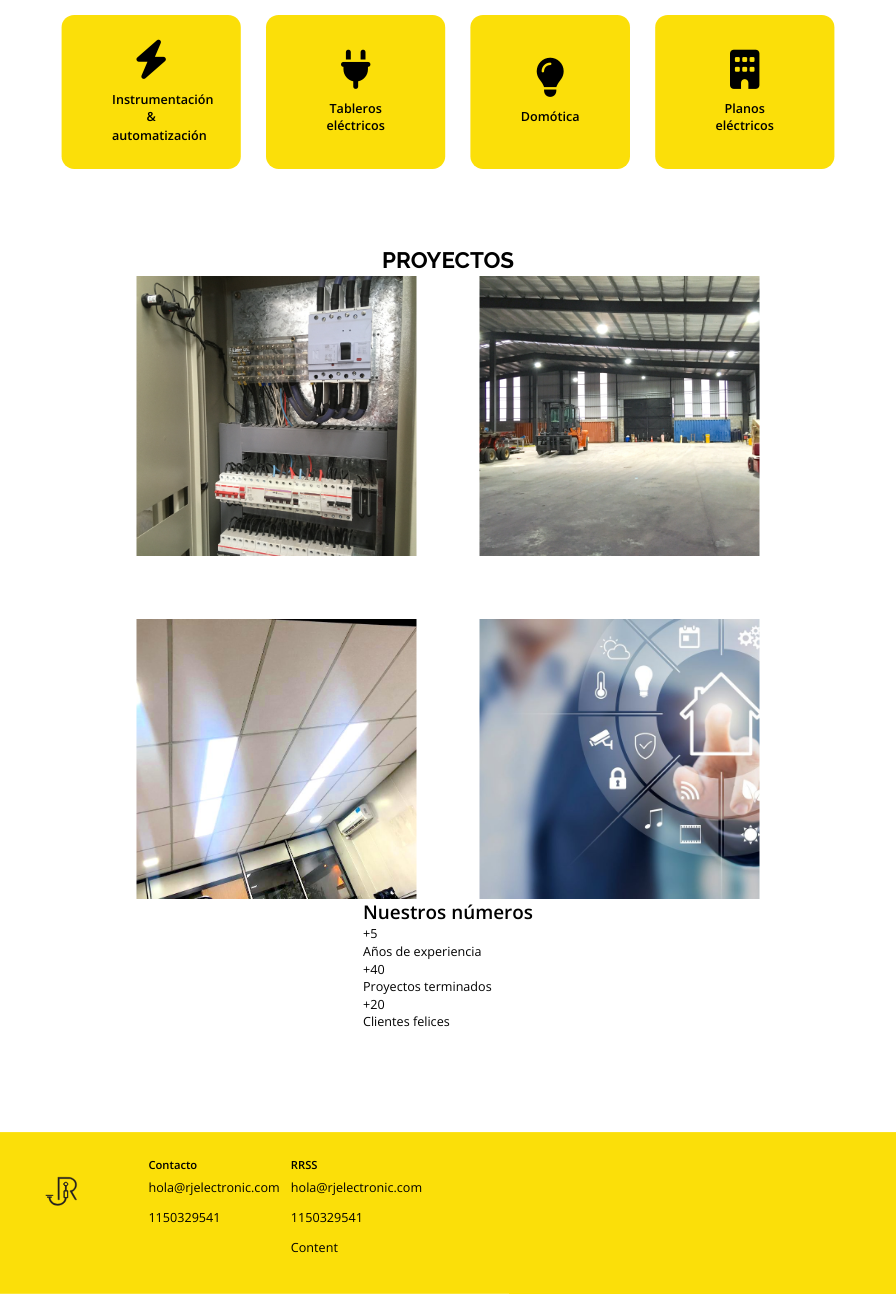
Repository: jeraldinnemg/rjelectronics
Page: index.html
The author's editor kept a copy of each file at every save. The page is drawn from the files as they stood at one save, then again after the next save.
The browser window is 1280 px wide. The pictures show the part of the page from y = 796 to 2716 px (the page is 2644 px tall before and 2716 px after), at 70% of full size.
Some web libraries are served in a nearby version.

Above is the page before, as saved 2022-07-27 17:37:43.

### index.html
<!DOCTYPE html>
<html lang="en">
<head>
    <meta charset="UTF-8">
    <meta http-equiv="X-UA-Compatible" content="IE=edge">
    <meta name="viewport" content="width=device-width, initial-scale=1.0">
    <link rel="shortcut icon" href="favicon.ico" type="image/x-icon">
    <!-- Google fonts -->
    <link rel="preconnect" href="https://fonts.googleapis.com">
    <link rel="preconnect" href="https://fonts.gstatic.com" crossorigin>
<link href="https://fonts.googleapis.com/css2?family=Open+Sans:wght@300;400;500;600&family=Raleway:wght@300;400;500;600;700;800&display=swap" rel="stylesheet">
<link rel="stylesheet" href="https://cdnjs.cloudflare.com/ajax/libs/font-awesome/6.1.1/css/all.min.css" integrity="sha512-KfkfwYDsLkIlwQp6LFnl8zNdLGxu9YAA1QvwINks4PhcElQSvqcyVLLD9aMhXd13uQjoXtEKNosOWaZqXgel0g==" crossorigin="anonymous" referrerpolicy="no-referrer" />
    <!-- Custom system -->
    <link rel="stylesheet" href="index.css">
    <script src="https://kit.fontawesome.com/05b8218d7f.js" crossorigin="anonymous"></script>


    <script src="navigation.js" defer></script>
    <script src="tabs.js" defer></script>

    <title>RJ Electronics</title>
</head>
<body>
    <header class="primary-header flex">
            <a href="#">
                <img class="logo" width="50px" height="50px"src="/img/logo.svg" alt="">
            </a>
            <button class="mobile-nav-toggle" aria-controls="primary-navigation"><span class="sr-only" aria-expanded="false">Menu</span></button>
            <nav >
                <ul class="primary-navigation flex" data-visible="false">
                    <li><a href="#" class="uppercase text-dark ff-serif">Acerca de</a></li>
                    <li><a href="#" class="uppercase text-dark ff-serif">Servicios</a></li>
                    <li><a href="#" class="uppercase text-dark ff-serif">Proyectos</a></li>
                    <li><a href="#" class="uppercase text-dark ff-serif">Contacto</a></li>
                </ul>
            </nav>
    </header>

    <main class="grid-container grid-container--home">
        <section class="hero">
            <div class="container flex">
                <!-- CTA-1 -->
                <article class="" id="lampara-tab" role="tabpanel" tabindex="0">
                    <h1 class="ff-serif fs-700">Ofrecemos Soluciones Electrónicas Integrales para tu hogar</h1>
                    <p class="ff-sans fs-400">Diseñamos y construimos una solución para cualquier necesidad, falla o problema electrónico industrial, comercial o residencial.</p>
                    <a href="#" class="button"><span>Me interesa</span></a>
                </article>
                <!-- CTA-2 -->
                <article hidden class="" id="destornillador-tab" role="tabpanel" tabindex="0">
                    <h2 class="ff-serif fs-700">Creamos espacios luminosos a tu medida</h2>
                    <p class="ff-sans fs-400">Nos encargamos de calcular los lumens necesarios para que obtengas un espacio con luz de calidad.</p>
                    <a href="#" class="button"><span>Ver más</span></a>
                </article>
                <!-- CTA-3 -->
                <article hidden class="" id="interruptor-tab" role="tabpanel" tabindex="0">
                    <h2 class="ff-serif fs-700">Creamos ambientes inteligentes</h2>
                    <p class="ff-sans fs-400">Nos encargamos de automatizar espacios y lugares de manera fácil y rápida.</p>
                    <a href="#" class="button"><span>Me interesa</span></a>
                </article>
                <picture class= "hero__image" id="lampara-image">
                    <img src="/img/lampara.png" alt="lampara" >
                </picture>
                <picture class= "hero__image" hidden id="destornillador-image">
                    <img src="/img/destornillador.png" alt="destornillador">
                </picture>
                <picture class= "hero__image" hidden id="interruptor-image">
                    <img src="/img/interruptor.png" alt="interruptor">
                </picture>
            </div>
            <!-- Dots -->
            <div class="dot-indicators flex" role="tablist" aria-label="services list">
                <button aria-selected="true" aria-controls="lampara-tab" data-image="lampara-image" role="tab" tabindex="0"><span class="sr-only">Lampara</span></button>
                <button aria-selected="false" aria-controls="destornillador-tab" data-image="destornillador-image" role="tab" tabindex="-1"><span class="sr-only">destornillador</span></button>
                <button aria-selected="false" aria-controls="interruptor-tab" data-image="interruptor-image" role="tab" tabindex="-1"><span class="sr-only">Interruptor</span></button>
            </div>
        </section>

        <section class="services">
            <h2 class="ff-serif fs-600 uppercase">Servicios</h2>
            <div class="container">
                <article class="card flex">
                    <i class="fa-solid fa-bolt fs-700"></i>
                    <div class="card-body">
                        <h2 class="card-title fs-400">Instrumentación & automatización</h2>

                    </div>
                </article>
                <article class="card flex">
                    <i class="fa-solid fa-plug fs-700 "></i>
                    <div class="card-body">
                        <h2 class="card-title fs-400">Tableros eléctricos</h2>

                    </div>
                </article>
                <article class="card flex">
                    <i class="fa-solid fa-lightbulb fs-700"></i>
                    <div class="card-body">
                        <h2 class="card-title fs-400">Domótica</h2>

                    </div>
                </article>
                <article class="card flex">
                    <i class="fa-solid fa-building  fs-700"></i>
                    <div class="card-body">
                        <h2 class="card-title fs-400">Planos eléctricos</h2>

                    </div>
                </article>
        </div>
        </section>
        <section class="projects">
            <h2 class="ff-serif fs-600 uppercase">Proyectos</h2>
            <div class="projects-container grid">
                <article class="project" style="background-image: url('/img/servicio-electricidad.JPG')">
                    <div class="project-overlay">
                    <h2 class="overlay-text fs-500 uppercase" >Tablero eléctrico</h2>
                    </div>
                    <!-- <p>Diseñamos y construimos tableros electrónicos a tu medida.</p> -->
                </article>
                <article class="project" style="background-image: url('/img/trabajos-iluminacion-galpon.JPG')">
                    <div class="project-overlay">
                        <h2 class="overlay-text fs-500 uppercase">Iluminación industrial</h2>
                    </div>
                    <!-- <p>Instalamos luminaria e iluminación en galpones industriales.</p> -->
                </article>
                <article class="project" style="background-image: url('/img/iluminacion-oficinas.jpeg') ">
                    <div class="project-overlay">
                        <h2 class="overlay-text fs-500 uppercase">Iluminación de oficina</h2>
                    </div>
                    <!-- <p>Iluminamos espacios corporativos y residenciales.</p> -->
                </article>
                <article class="project" style="background-image: url('/img/servicios-domotica.jpg') ">
                    <div class="project-overlay">
                        <h2 class="overlay-text fs-500 uppercase">Domótica en casa</h2>
                    </div>
                    <!-- <p>Realizamos mantenimiento y reparación de equipos industriales, comerciales y residenciales.</p> -->
                </article>
        </div>
        </section>
        <section>
            <h2>Nuestros números</h2>
            <div class="container"></div>
            <div>
                <span>+5</span>
                <p>Años de experiencia</p>
            </div>
            <div>
                <span>+40</span>
                <p>Proyectos terminados</p>
            </div>
            <div>
                <span>+20</span>
                <p>Clientes felices</p>
            </div>
        </section>

    </main>


    <footer class="flex">
        <a href="#">
            <img class="logo" width="50px" height="50px"src="/img/logo.svg" alt="">
        </a>
        <div class="col">
            <h3>Contacto</h3>
                <p>hola@rjelectronic.com</p>
                <p>1150329541</p>
        </div>
        <div class="col">
            <h3>RRSS</h3>
                <p>hola@rjelectronic.com</p>
                <p>1150329541</p>
                <p>Content</p>
        </div>
    </footer>

</body>
</html>

### index.css
/* ----------------------- */
/* --Custom properties---- */
/* ----------------------- */

:root {
   /*colors*/
   --clr-dark: 0 0% 0%;
   --clr-main: 53 97% 51%;
   --clr-secondary: 25 100% 52%;
   --clr-white: 0 0% 100%;


/*font-sizes*/
--fs-1000: 9.375rem; /*150x*/
--fs-900: 6.25rem; /*100px*/
--fs-800: 4.5rem; /*72px*/
--fs-700: 3.5rem; /*56px*/
--fs-600: 2rem; /*32px*/
--fs-500: 1.75rem; /*28px*/
--fs-400: 1.125rem; /*18px*/
--fs-300: 1rem; /*16px*/
--fs-200: 0.875rem; /*14px*/

/*font-family*/
--ff-serif: "Raleway", serif;
--ff-sans: "Open sans", sans-serif;


}

.uppercase {
    text-transform: uppercase;
}

/* -------------- */
/* -----RESET---- */
/* -------------- */

*,
*::before,
*::after {
    box-sizing: border-box;
}

/* Reset margins */
h1,
h2,
h3,
h4,
h5,
body,
p,
picture,
figure {
    margin:0;
}

/* Set up the body  */

body {
    font-family: var(--ff-sans);
    font-size: var(--fs-400);
    color:hsl(var(--clr-dark));
    line-height: 1.4;
    min-height: 100vh;

    display: grid;
    grid-template-rows: min-content 1fr;

    overflow-x:hidden;
}

/* Make images easier to work */
img,
picture {
    max-width: 100%;
}

/* Make form elements easier to work*/
input,
select,
button,
textarea {
    font: inherit;
}

/* Remove all animations, transitions and smooth scroll for people that prefer not to see them (Accesibility Recourse piccali.li*/
@media (prefers-reduced-motion: reduce) {
    html:focus-within {
     scroll-behavior: auto;
    }

    *,
    *::before,
    *::after {
      animation-duration: 0.01ms !important;
      animation-iteration-count: 1 !important;
      transition-duration: 0.01ms !important;
      scroll-behavior: auto !important;
    }
  }

/* ------------------ */
/* -UTILITY CLASES-- */
/* ----------------- */

.flex {
    display: flex;
    gap: var(--gap, 1rem);
}

.grid {
    display: grid;
    gap: var(--gap, 1rem);
}

.container {
    padding-inline: 1em;
    margin-inline: auto;
    max-width: 80rem;

    display: flex;
    flex-direction: column;
}

.dot-indicators{
    justify-content: center;
}

.hero{
    margin-top: 2em;
}


.sr-only {
    position: absolute;
    width: 1px;
    height: 1px;
    padding: 0;
    margin: -1px;
    overflow: hidden;
    clip: rect (0,0,0,0);
    white-space: nowrap; /*added line*/
    border: 0;
}

/*Colors */

.bg-dark { background-color: hsl(var(--clr-dark));}
.bg-yellow {background-color: hsl(var(--clr-yellow));}
.bg-white { background-color: hsl(var(--clr-white));}

.text-dark { color: hsl(var(--clr-dark));}
.text-dark { color: hsl(var(--clr-dark));}
.text-dark { color: hsl(var(--clr-dark));}

/*Typography */

.ff-serif {font-family: var(--ff-serif);}
.ff-sans {font-family: var(--ff-sans);}

.letter-spacing-1  {letter-spacing: 4.75px;}
.letter-spacing-2  {letter-spacing: 2.7px;}
.letter-spacing-1  {letter-spacing: 2.35px;}

.fs-900 {font-size: var(--fs-900);}
.fs-800 {font-size: var(--fs-800);}
.fs-700 {font-size: var(--fs-700);}
.fs-600 {font-size: var(--fs-600);}
.fs-500 {font-size: var(--fs-500);}
.fs-400 {font-size: var(--fs-400);}
.fs-300 {font-size: var(--fs-300);}
.fs-200 {font-size: var(--fs-200);}

.fw-400 {font-weight: 400;}
.fw-500 {font-weight: 500;}

/* --------------- */
/* Utility classes */
/* --------------- */

/* General */

.flex {
    display: flex;
    gap: var(--gap, 1rem);
}

.flex.even-columns > * {
    width: 100%;
}

.grid {
    display: grid;
    gap: var(--gap, 1rem);
}

.d-block {
    display: block;
}

/* ----------------- */
/* ---COMPONENT----- */
/* ----------------- */

/* Primary header */

.logo{
    margin: 1.5rem clamp(1.5rem, 5vw, 4rem);
}

.primary-header{
    align-items:center;
    justify-content: space-between;
    background-color: hsl(var(--clr-main));
}

.primary-navigation{
    --gap: clamp(1.5rem, 5vw, 3.5rem);
    list-style: none;
    text-decoration: none;
    padding: 0;
    margin:0;
}

.primary-navigation a, footer a{
    text-decoration: none;
    margin-right: 1em;
}

.mobile-nav-toggle{
    display: none;
}

@media(max-width:35em){
    .primary-navigation{
        --underline-gap: 0.5rem;
        position: fixed;
        inset: 0 0 0 20%;
        z-index:1000;
        padding: min(20rem, 15vh);
        margin:0;
        z-index:1000;
        list-style: none;
        flex-direction: column;
        background-color: hsl(var(--clr-main));
        transform: translateX(100%);
        transition: transform ease-in-out;

    }

    .primary-navigation[data-visible='true']{
        transform: translateX(0);
    }

    .mobile-nav-toggle {
        display: block;
        position: absolute;
        z-index:2000;
        right: 2rem;
        top: 2rem;
        background: transparent;
        background-image: url(/img/icon-hamburger.svg);
        background-repeat:no-repeat;
        background-position: center;
        width: 1.5rem;
        aspect-ratio:1;
        border: 0;
        cursor: pointer;
    }

    .mobile-nav-toggle[aria-expanded='true']{
        background-image: url(/img/icon-close.svg);
    }

    .mobile-nav-toggle:focus-visible{
        outline:5px solid white;
        outline-offset: 5px;
    }
}

@media (min-width: 35em){
    .primary-navigation{
        padding-inline: clamp(3rem, 7vw, 7rem);
    }
}

@media(min-width: 45em){
    .primary-navigation{
        margin-block:2rem;
    }
}



/* ---------- */
/* Button     */
/* --------- */

 .button {
    display: inline-flex;
	background: hsl(var(--clr-dark));
    padding: 1em 2em;
    border-radius: 2em;
    color: hsl(var(--clr-white));
	position: relative;
    text-decoration: none;
    transition: 0.3s ease all;
	position:relative;
	overflow:hidden;
    margin-top: 1.5em;
}

.button span {
	position:relative;
	z-index:2;
	transition: 0.3s ease all;
}

.button::after {
	content: "";
	width: 100%;
	height:100%;
	background: hsl(var(--clr-secondary));
	position: absolute;
	z-index: 1;
	top: -80px;
	left: 0;
	transition: 0.3s ease-in-out all;
}

.button:hover::after{
	top:0;
	}
/* ---------- */
/* Dots     */
/* --------- */

.dot-indicators > * {
        cursor: pointer;
        border: 0;
        border-radius: 50%;
        padding: .5em;
        background-color: hsl(var(--clr-dark)/ .25) ;
 }

.dot-indicators > *:hover,
.dot-indicators > *:focus {
        background-color: hsl(var(--clr-secondary)/ .5);
    }

.dot-indicators > [aria-selected="true"] {
        background-color: hsl( var(--clr-secondary) / 1);
    }

/* ---------- */
/* Card     */
/* --------- */
.card{
    background-color: hsl( var(--clr-main));
    padding: 2em 4em;
    margin: 2em 0em;
    border-radius: 1em;
    flex-direction: column;
}

i:hover{
    color: hsl( var(--clr-secondary));
}

.services, .projects{
    text-align: center;
    margin-top: 4em;
}

/* -------------------------*/
/* -------projects ----------- */
/* -------------------------*/

.projects-container{
    grid-template-columns: repeat(1, 1fr);
    padding-inline: 1em;
}

.projects-container >article{
    position: relative;

    min-width: 400px;
    min-height: 400px;
    background-size: cover;
    background-repeat: no-repeat;
    background-position: center center;
}

.projects .project .project-overlay{
    width: 0%;
	height: 100%;
	position: absolute;
	bottom: 0;
	left: 0;
	right: 0;
	background: hsl( var(--clr-main));
	overflow: hidden;
	transition: .5s ease;
}

.projects .project:hover .project-overlay {
    width: 100%;
    opacity: 0.6;
}

.overlay-text {
	top: 50%;
	left: 50%;

	position: absolute;
	white-space: nowrap;
	color: hsl(var(--clr-dark));
	transform: translate(-50%, -50%);
	overflow: hidden;
	border-top: 1px solid #fff;
	border-bottom: 1px solid #fff;
}




/* -------------------------*/
/* -------footer ----------- */
/* -------------------------*/
footer{
    background-color: hsl( var(--clr-main));
    color: hsl( var(--clr-dark));
    padding: 2em 0em;
}

footer p{
    font-family: var(--ff-sans-normal);
    font-size: var(--fs-100);
    margin-bottom: 1em;

}

footer h3{
    font-size: var(--fs-300);
    color: var(--clr-secundary);
    margin-bottom: 0.5em;
}

footer div:first-child{
    align-items: flex-start;
}

/* -------------------------*/
/* -------Layout----------- */
/* -------------------------*/

.grid-container {
    display: grid;
    text-align: center;
    place-items:center;
    padding-inline: 1rem;
    padding-bottom: 4rem;
}

.grid-container  p:not([class]) {
    max-width: 50ch;
}


@media (min-width: 45em){
    .grid-container {
        text-align: left;
        column-gap: var(--container-gap, 2rem);
        grid-template-columns: minmax(1rem, 1fr)
        repeat (2, minmax((0, 30rem)) minmax(1rem, 1fr));
    }
    .grid-container--home {
        padding-bottom: max(6rem, 20vh);
        align-items: left;
    }
    .container {
        flex-direction: row;
        gap: 2em;
    }

    .hero__image{
        max-width: 40%;
    }

    .card{
        max-width: 20vw;
        flex-direction: column;
        justify-content: center;
    }

    .projects-container{
        grid-template-columns: repeat(2, 1fr);
        gap: 5em;
        border-radius: 10em;;
    }













}

### navigation.js
// javascript

const nav = document.querySelector(".primary-navigation");
const navToggle = document.querySelector('.mobile-nav-toggle');


// when someone clicks the hamburguer button

navToggle.addEventListener('click', () => {

// if the nav is closed, open it

    const visibility = nav.getAttribute("data-visible");

    if (visibility === 'false') {
        nav.setAttribute('data-visible', true);
        navToggle.setAttribute('aria-expanded', true);
    } else {
        nav.setAttribute('data-visible', false);
        navToggle.setAttribute('aria-expanded', false);

    }
});

### tabs.js
const tabList = document.querySelector('[role="tablist"]');
const tabs = tabList.querySelectorAll('[role="tab"]');

tabList.addEventListener('keydown', changeTabFocus);

tabs.forEach((tab) => {
    tab.addEventListener('click', changeTabPanel);
});


let tabFocus = 0;
function changeTabFocus(e) {
    const keydownLeft = 37;
    const keydownRight = 39;

    if (e.keyCode === keydownLeft || e.keyCode === keydownRight) {
        tabs[tabFocus].setAttribute("tabindex", -1);
    }

    if (e.keyCode === keydownRight) {
        tabFocus++;
        if (tabFocus >= tabs.length) {
            tabFocus = 0;
        }
    } else if (e.keyCode === keydownLeft) {
        tabFocus--;
        if (tabFocus < 0) {
            tabFocus = tabs.length - 1;
        }
    }

    tabs[tabFocus].setAttribute("tabindex", 0);
    tabs[tabFocus].focus();
}


function changeTabPanel(e) {
    const targetTab = e.target;
    const targetPanel = targetTab.getAttribute("aria-controls");
    const targetImage = targetTab.getAttribute("data-image");

    const tabContainer = targetTab.parentNode;
    const mainContainer = tabContainer.parentNode;

    tabContainer
    .querySelector('[aria-selected="true"]')
    .setAttribute("aria-selected", false);

    targetTab.setAttribute("aria-selected", true);

    hideContent(mainContainer, '[role="tabpanel"]');
    showContent(mainContainer, [`#${targetPanel}`]);
    //mainContainer
    //    .querySelectorAll('[role="tabpanel"]')
    //    .forEach((panel) => panel.setAttribute("hidden", true));


    hideContent(mainContainer, 'picture');
    showContent(mainContainer, [`#${targetImage}`]);

    //mainContainer
    //    .querySelectorAll('picture')
    //    .forEach((picture) => picture.setAttribute("hidden", true));

    //mainContainer.querySelector([`#${targetImage}`]).removeAttribute('hidden');

    // console.log(mainContainer);
}

function hideContent(parent, content){
    parent
    .querySelectorAll(content)
    .forEach((item) => item.setAttribute("hidden", true));

}

function showContent(parent, content){
    parent
    .querySelector(content)
    .removeAttribute('hidden');
}

After the next save:
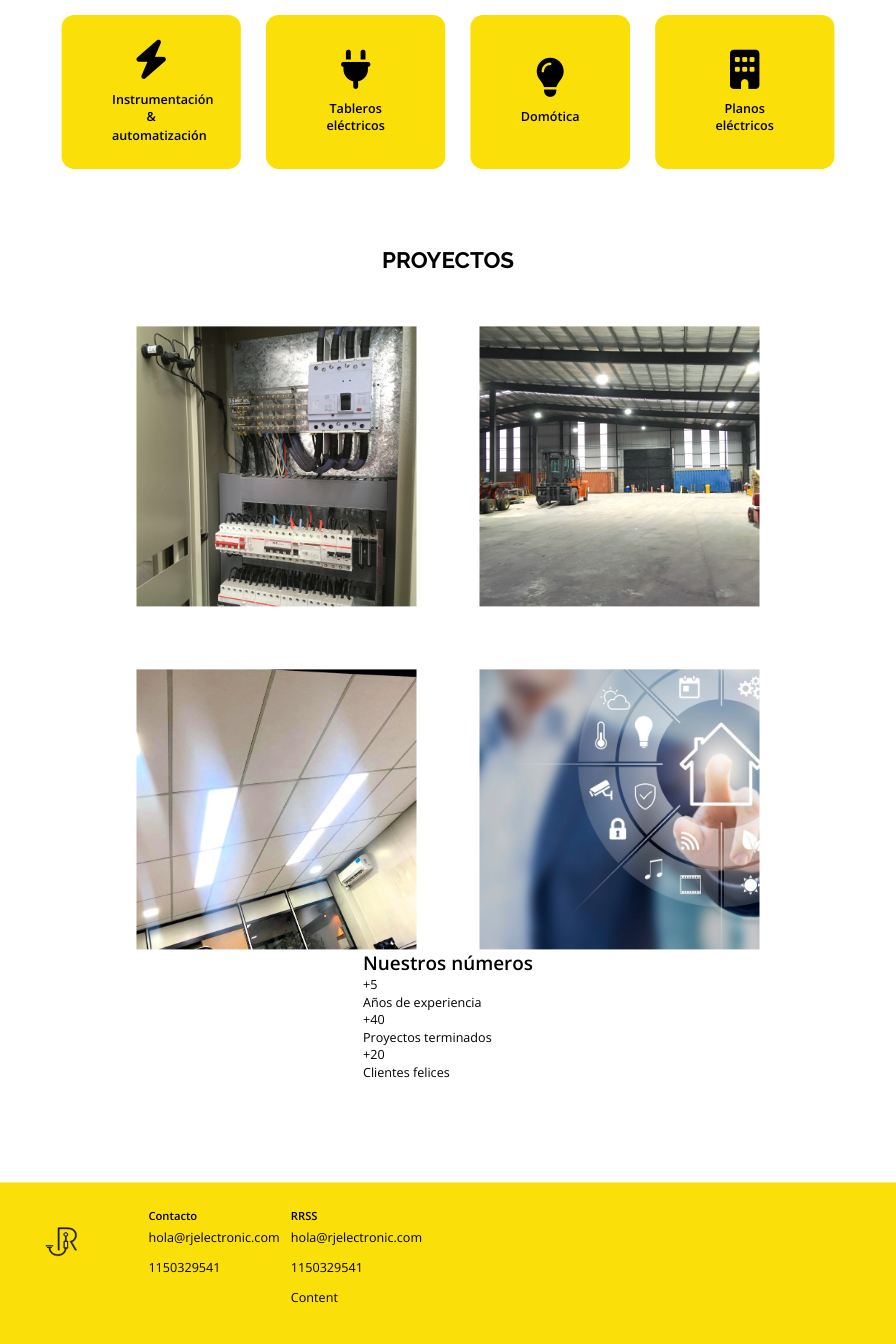
Saved 10 s later.
--- a/index.css
+++ b/index.css
@@ -379,7 +379,7 @@ i:hover{
 
 .projects-container{
     grid-template-columns: repeat(1, 1fr);
-    padding-inline: 1em;
+    margin-top: 4em;;
 }
 
 .projects-container >article{
